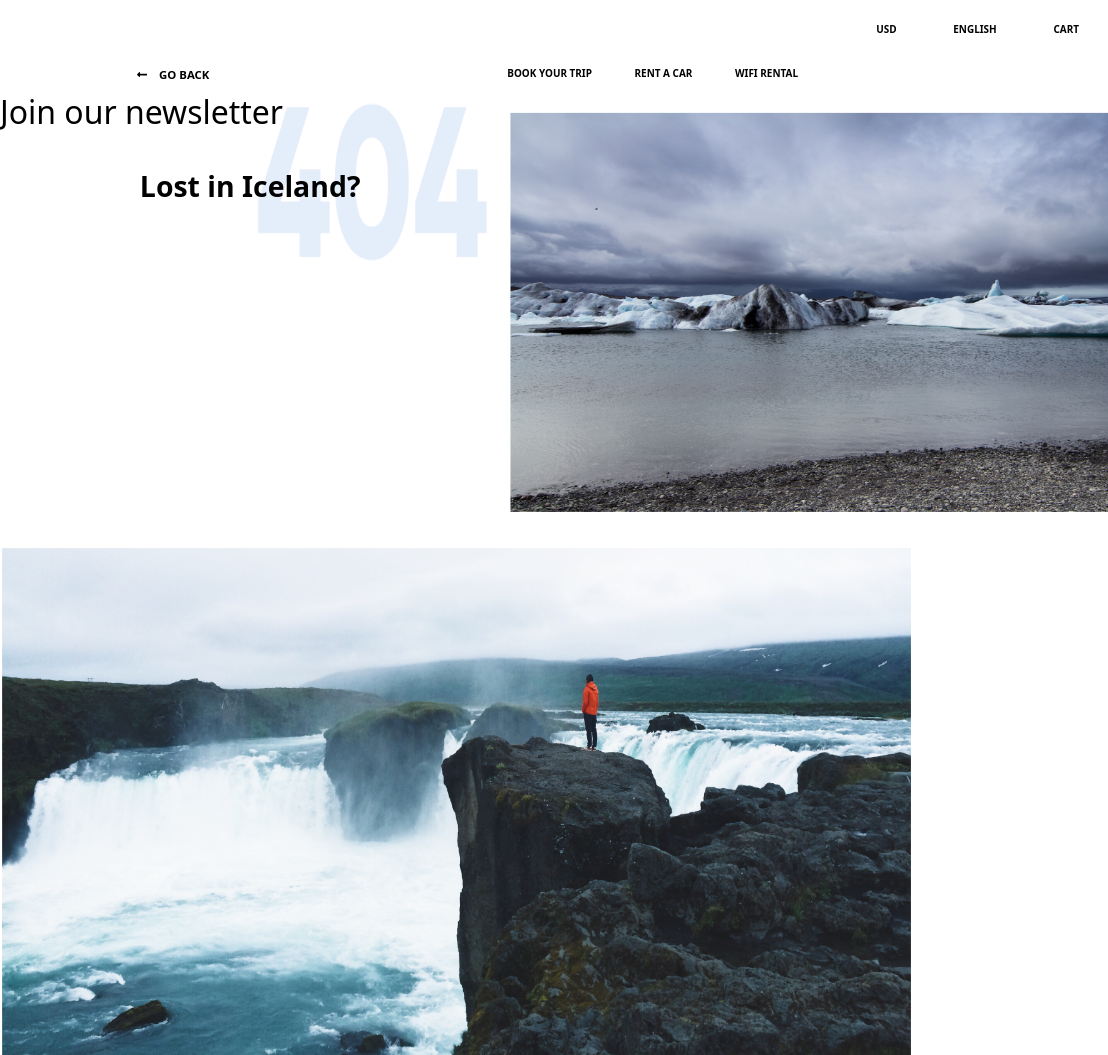
Repository: uh-sman/Iceland
Page: /
These files come from the project's save history. The page is drawn as it stood at one moment and after the next save; the edit follows.
The browser window is 1280 px wide. The page is 1561 px wide, so the pictures cover 1561 px, including what lies to the right of the window. The pictures show the whole page, at 71% of full size.
The project was rebuilt for these pictures with package versions that can differ from the ones it lists, and the page was loaded fresh each time.

Above is the page before, as saved 2022-09-08 22:43:44.

### src/App.js
import logo from "./logo.svg";
import "./App.css";
import { Topnav } from "./components/Topnav";
import { FullNav } from "./components/FullNav";

function App() {
  return (
    <div className="App">
      <FullNav />
    </div>
  );
}

export default App;

### src/App.css
* {
  margin: 0;
  padding: 0;
  /* scroll-behavior: none; */
}
.custom {
  background: #097c84;
  box-shadow: 7px 10px 30px rgba(0, 0, 0, 0.05);
}

### src/components/Topnav.js
import React from "react";

export const Topnav = () => {
  return (
    <div className="container w-full py-[31px]">
      <nav className="absolute left-[1234px]">
        <ul className="space-x-20 text-sm font-semibold">
          <a href="">USD</a>
          <a href="">ENGLISH</a>
          <a href="">CART</a>
        </ul>
      </nav>
    </div>
  );
};

### src/components/FullNav.jsx
import React from "react";
import { Bottomnav } from "./Bottomnav";
import { Hero } from "./Hero";
import { Newsletter } from "./Newsletter";
import { Topnav } from "./Topnav";

export const FullNav = () => {
  return (
    <div>
      <Topnav />
      <Bottomnav />
      <Hero />
      <div className="h-[51px]">
        <Newsletter />
      </div>
    </div>
  );
};

### src/components/Bottomnav.js
import React from "react";
import { FaLongArrowAltLeft } from "react-icons/fa";
export const Bottomnav = () => {
  return (
    <nav className="container w-full">
      <div className="py-[31px]">
        <div className="container">
          <h1 className="flex items-center gap-4 absolute left-[192px]">
            <FaLongArrowAltLeft />
            <a className=" cursor-pointer font-semibold text-md">GO BACK</a>
          </h1>
        </div>
        <div className="container">
          <div className="absolute right-[156px]">
            <ul className="space-x-[60px] text-sm font-semibold cursor-pointer">
              <a>BOOK YOUR TRIP</a>
              <a>RENT A CAR</a>
              <a>WIFI RENTAL</a>
            </ul>
          </div>
        </div>
      </div>
    </nav>
  );
};

### src/components/Hero.js
import React from "react";
import four from "../Assets/404.png";
import img from "../Assets/404 background 1.png";
export const Hero = () => {
  return (
    <div>
      <div className="container">
        <img
          src={four}
          className="absolute left-[363px] top-[146px] h-[221px] w-[323px]"
        />
      </div>
      <div className="container inset-3">
        <h1 className="font-semibold text-[40px] absolute left-[197px] top-[232px] ">
          Lost in Iceland?
        </h1>
      </div>
      <div className="container">
        <img
          src={img}
          className="absolute left-[719px] top-[159px] w-[842px] h-[562px]"
        />
      </div>
    </div>
  );
};

### src/components/Newsletter.js
import React from "react";
import adventure from "../Assets/adventure-makes-things-meaningful_t20_Vo0aX3 1.png";
export const Newsletter = () => {
  return (
    <div>
      <div className="container">
        <img
          src={adventure}
          className="absolute w-[1440px] h-[714px] left-[3px]
          top-[772px]"
        />
        <div>
          <h1 className="text-[45px] font-[600px]">Join our newsletter</h1>
        </div>
      </div>
    </div>
  );
};

### tailwind.config.js
/** @type {import('tailwindcss').Config} */
module.exports = {
  content: ["./src/**/*.{html,js,jsx}"],
  theme: {
    screens: {
      sm: "480px",
      md: "768px",
      lg: "976px",
      xl: "1440px",
    },
    extend: {},
  },
  plugins: [],
};

### src/components/Button.js
import React from "react";

export const Button = () => {
  return (
    <div>
      <div>
        <button className="absolute w-[265px] h-[72px] left-[285px] top-[490px] custom">
          GO BACK
        </button>
      </div>
    </div>
  );
};

Loaded but not shown: public/index.html (common file); src/index.js (common file); src/index.css (common file)

After the next save:
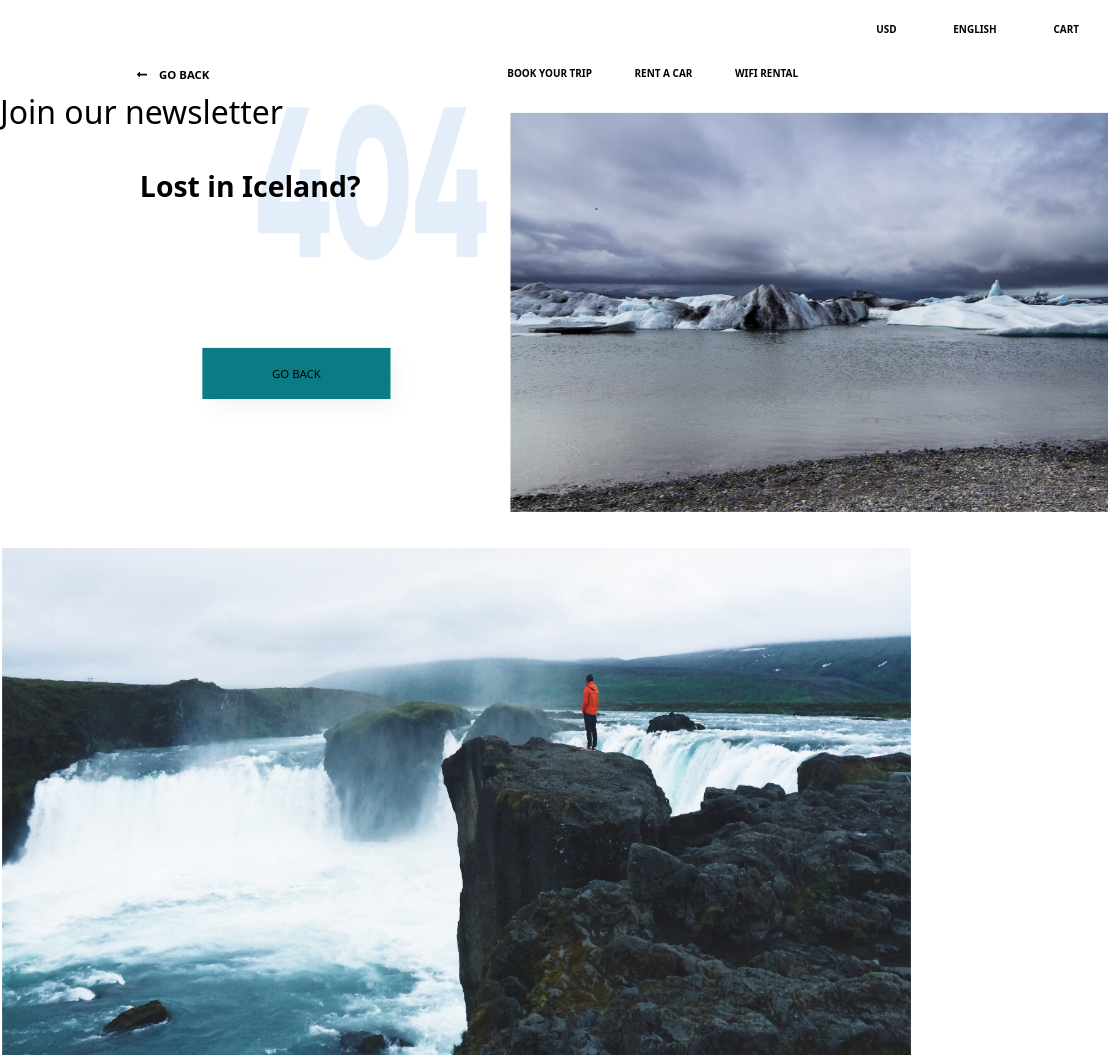
Saved 28 s later.
--- a/src/components/Hero.js
+++ b/src/components/Hero.js
@@ -1,6 +1,7 @@
 import React from "react";
 import four from "../Assets/404.png";
 import img from "../Assets/404 background 1.png";
+import { Button } from "./Button";
 export const Hero = () => {
   return (
     <div>
@@ -21,6 +22,7 @@ export const Hero = () => {
           className="absolute left-[719px] top-[159px] w-[842px] h-[562px]"
         />
       </div>
+      <Button />
     </div>
   );
 };
